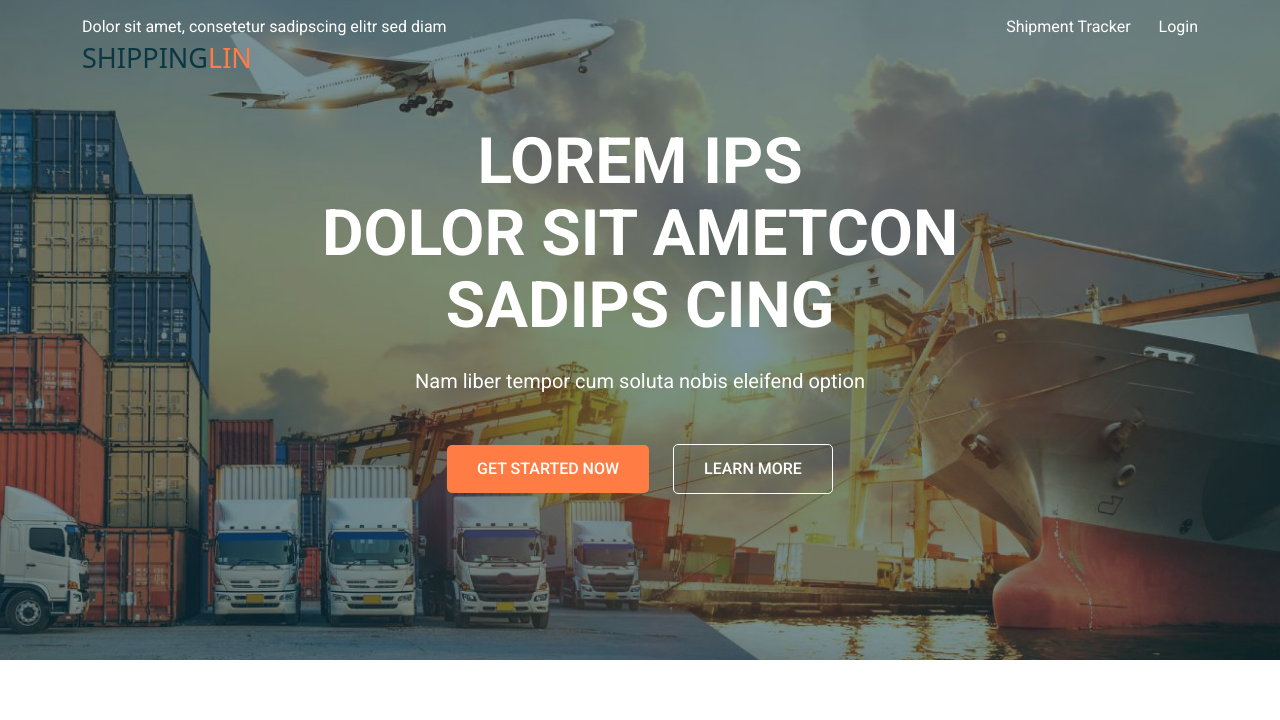
Repository: nazmulalok/shipping-template
Page: index.html
These files come from the project's save history. The page is drawn as it stood at one moment and after the next save; the edit follows.
The browser window is 1280 px wide. The pictures show the whole page.

Above is the page before, as saved 2022-10-03 13:33:22.

### index.html
<!DOCTYPE html>
<html lang="en">

    <head>
        <meta charset="UTF-8">
        <meta http-equiv="X-UA-Compatible" content="IE=edge">
        <meta name="viewport" content="width=device-width, initial-scale=1.0">
        <link rel="preconnect" href="https://fonts.googleapis.com">
        <link rel="preconnect" href="https://fonts.gstatic.com" crossorigin>
        <link
            href="https://fonts.googleapis.com/css2?family=Roboto:ital,wght@0,300;0,400;0,500;0,700;0,900;1,300;1,400;1,500;1,700;1,900&display=swap"
            rel="stylesheet">
        <link href="https://cdn.jsdelivr.net/npm/bootstrap@5.2.1/dist/css/bootstrap.min.css" rel="stylesheet"
            integrity="sha384-iYQeCzEYFbKjA/T2uDLTpkwGzCiq6soy8tYaI1GyVh/UjpbCx/TYkiZhlZB6+fzT" crossorigin="anonymous">
        <link rel="stylesheet" href="style.css">
        <title>Document</title>
    </head>

    <body>
        <header class="header-top">
            <div class="container">
                <div class="top-bar">
                    <p class="m-0">Dolor sit amet, consetetur sadipscing elitr sed diam</p>
                    <div>
                        <span class="me-4">Shipment Tracker</span>
                        <span>Login</span>
                    </div>
                </div>
                <div class="header-area">
                    <div class="logo">
                        <img src="images/shipping-logo.svg" alt="Shipping Logo">
                    </div>
                </div>
            </div>
        </header>
        <!-- Slider -->
        <section>
            <div class="main-slider">
                <div class="container">
                    <div class="slide-content">
                        <div class="slide-text">
                            <div class="slider-title mb-4">Lorem ips<br>
                                dolor sit ametcon<br>
                                sadips cing</div>
                            <p>Nam liber tempor cum soluta nobis eleifend option</p>
                            <div class="sliderBtn mt-5"><a class="common-btn me-4" href="#">Get Started Now</a><a
                                    class="common-btn outline-btn" href="#">Learn More</a></div>
                        </div>
                    </div>
                </div>
            </div>
        </section>














        <script src="https://cdn.jsdelivr.net/npm/@popperjs/core@2.11.6/dist/umd/popper.min.js"
            integrity="sha384-oBqDVmMz9ATKxIep9tiCxS/Z9fNfEXiDAYTujMAeBAsjFuCZSmKbSSUnQlmh/jp3"
            crossorigin="anonymous"></script>
        <script src="https://cdn.jsdelivr.net/npm/bootstrap@5.2.1/dist/js/bootstrap.min.js"
            integrity="sha384-7VPbUDkoPSGFnVtYi0QogXtr74QeVeeIs99Qfg5YCF+TidwNdjvaKZX19NZ/e6oz"
            crossorigin="anonymous"></script>
    </body>

</html>

### style.css
* {
    margin: 0;
    padding: 0;
}

:root {
    --main-color: #FF7D44;
    --secondary-color: #0B3742;
    --tertiary-color: #FFFFFF;
}

body {
    font-family: 'Roboto', sans-serif;
}

/* slider style starts */

.main-slider>* {
    z-index: 10;
}

.main-slider {
    background: url(images/shipping-banner.jpg);
    height: 700px;
    width: 100%;
    background-size: cover;
    background-repeat: no-repeat;
    background-position: center;
    position: relative;
    display: flex;
    align-items: center;
    transition: all 1s;
    margin-top: -130px;
    z-index: 50;
}

.main-slider:before {
    content: '';
    width: 100%;
    height: 100%;
    top: 0;
    left: 0;
    position: absolute;
    background-color: rgb(11 55 66 / 55%);
    z-index: 1;
}

.slide-content {
    text-align: center;
}

.slide-text {
    color: var(--tertiary-color);
}

.slider-title {
    font-size: 4rem;
    font-weight: 600;
    line-height: 4.5rem;
    text-transform: uppercase;
}

.slide-text p {
    font-size: 20px;
}

a.common-btn {
    display: inline-block;
    text-decoration: none;
    color: var(--tertiary-color);
    background: var(--main-color);
    padding: 12px 30px;
    border-radius: 5px;
    font-size: 16px;
    font-weight: 500;
    text-transform: uppercase;
    transition: all 1s ease;
}

a.common-btn:hover {
    background: var(--tertiary-color);
    color: var(--secondary-color);
}

a.common-btn.outline-btn {
    background: transparent !important;
    border: 1px solid var(--tertiary-color);
}

a.common-btn.outline-btn:hover {
    background: var(--tertiary-color) !important;
}

/* Header style starts */

.header-top {
    z-index: 100;
    background: transparent;
    position: relative;
    padding: 15px 0px;
}

.top-bar {
    display: flex;
    justify-content: space-between;
    align-items: center;
    color: var(--tertiary-color);
}

After the next save:
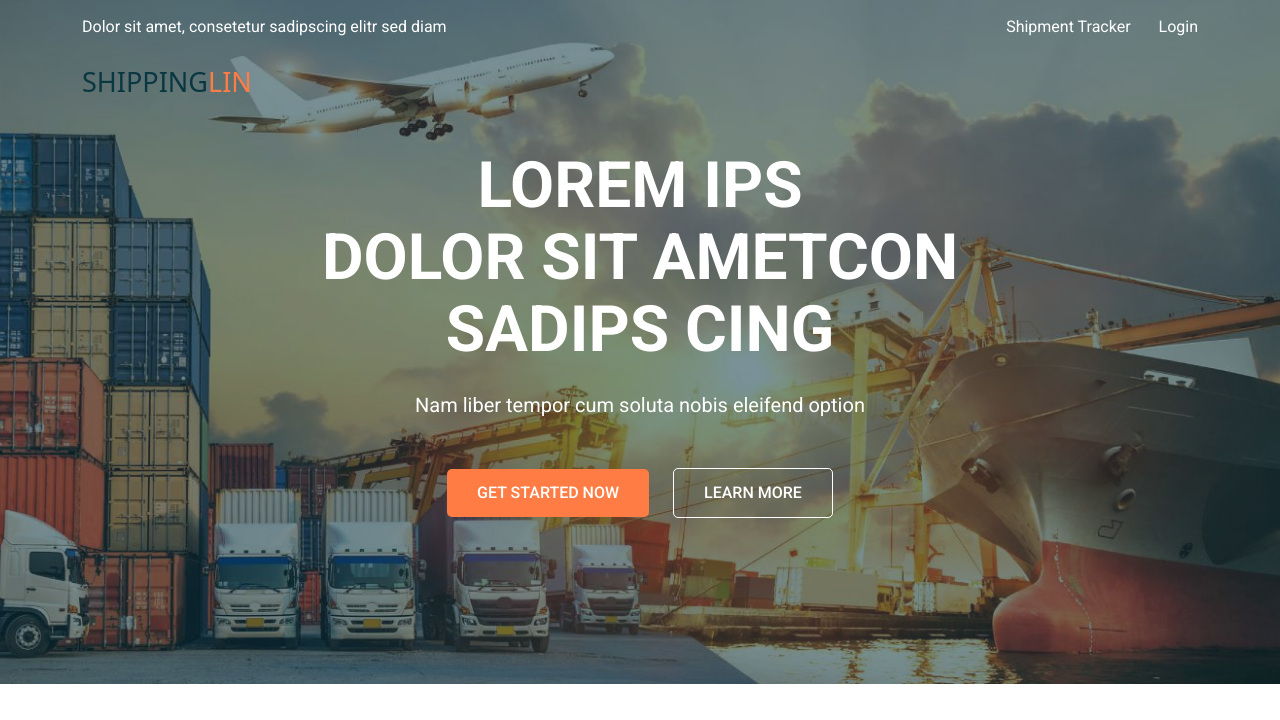
Saved 50 s later.
--- a/index.html
+++ b/index.html
@@ -19,7 +19,7 @@
     <body>
         <header class="header-top">
             <div class="container">
-                <div class="top-bar">
+                <div class="top-bar mb-4">
                     <p class="m-0">Dolor sit amet, consetetur sadipscing elitr sed diam</p>
                     <div>
                         <span class="me-4">Shipment Tracker</span>
